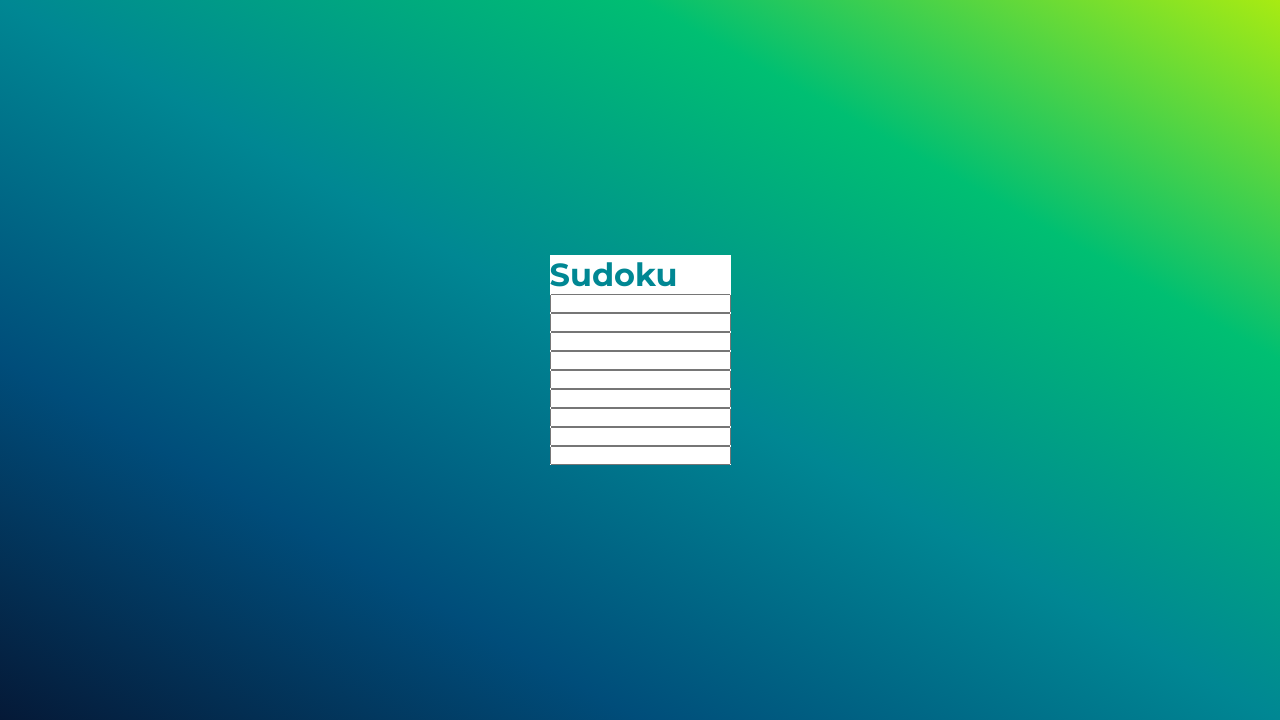
Repository: pattypetrikova/sudoku
Page: index.html
An editor plug-in stored every save of this project. The page is shown before and after the next save, followed by the edit.
The browser window is 1280 px wide. The pictures show the whole page.

Above is the page before, as saved 2022-12-30 10:17:53.

After the next save:
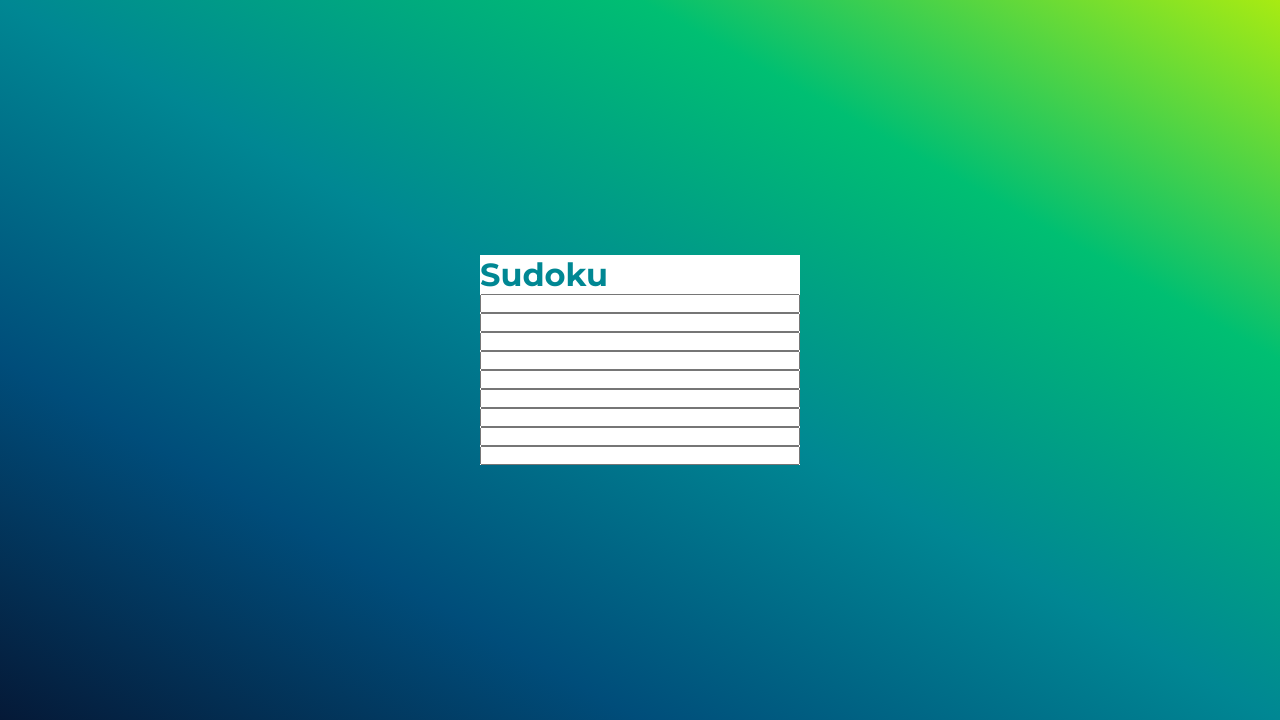
Saved 39 s later.
--- a/assets/style.css
+++ b/assets/style.css
@@ -24,6 +24,7 @@
 
 .game {
     background-color: white;
+    min-width: 20em;
 }
 
 .title {
@@ -32,4 +33,5 @@
 
 .gameboard {
     display: grid;
+
 }
